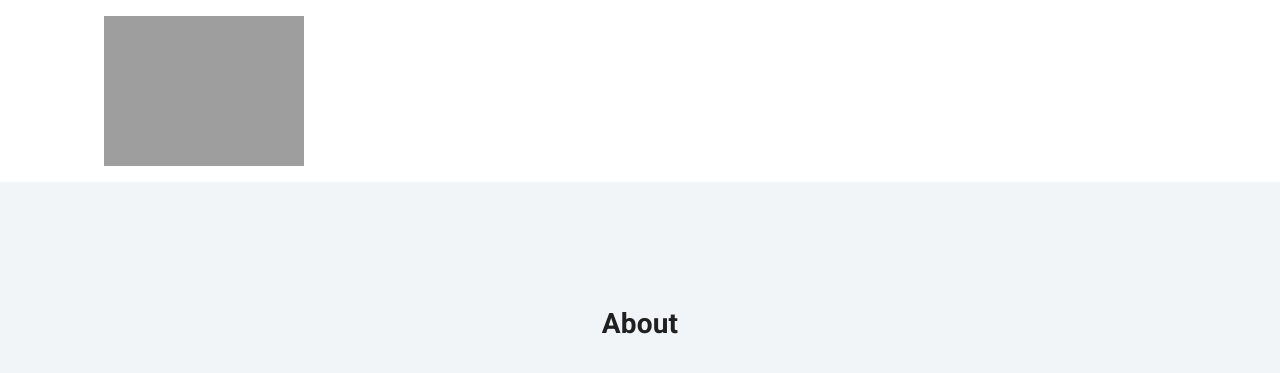
Repository: vinuvish/groundstandards_react
Page: /
The author's editor kept a copy of each file at every save. The page is drawn from the files as they stood at one save, then again after the next save.
The browser window is 1280 px wide. The pictures show the whole page.
Pictures or frames that could not be fetched are drawn as grey boxes. The page's requests for data from a server got no answer. The project was rebuilt for these pictures with package versions that can differ from the ones it lists, and the page was loaded fresh each time. No one was signed in, and anything a server would have sent is missing. Also part of the build but not shown: src/pages/app/NotFoundPage.tsx, src/pages/app/SignUpPage.tsx, src/pages/app/AboutPage.tsx, src/pages/app/OurSolutionPage.tsx, src/pages/app/OurPartnerPage.tsx, src/pages/app/ResourcePage.tsx, src/pages/app/PressPage.tsx, src/pages/app/BlockPage.tsx and 1 more.

Above is the page before, as saved 2020-11-25 23:13:39.

After the next save:
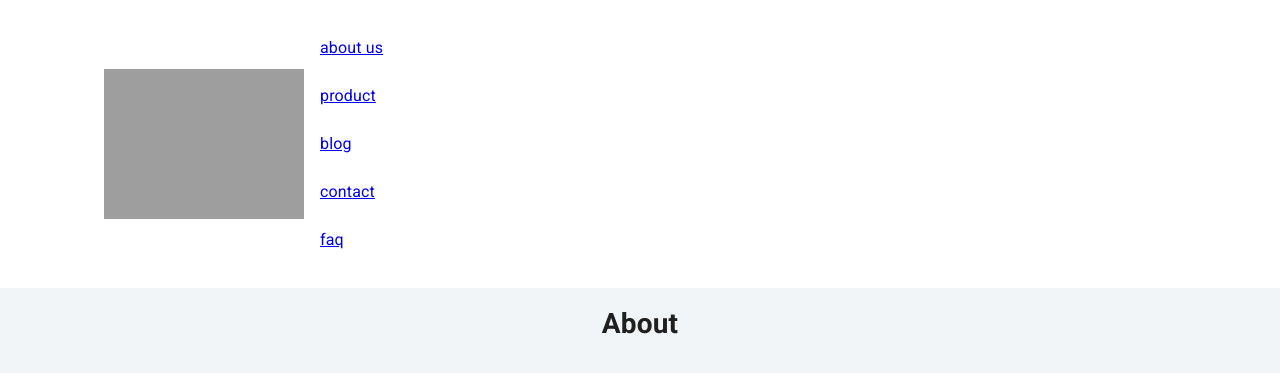
Saved 20 s later.
--- a/src/components/ZAppBar.tsx
+++ b/src/components/ZAppBar.tsx
@@ -124,7 +124,15 @@
         <Toolbar className={classes.toolBar} >
           <img src="http://groundstandards.com/wp-content/uploads/GS-logo-300.png" alt="logo" className={classes.logo} />
 
-
+          <List component="nav" aria-labelledby="main navigation">
+            {navLinks.map(({ title, path }) => (
+              <a href={path} key={title}>
+                <ListItem button>
+                  <ListItemText primary={title} />
+                </ListItem>
+              </a>
+            ))}
+          </List>
 
         </Toolbar>
 

After the 3 saves that followed:
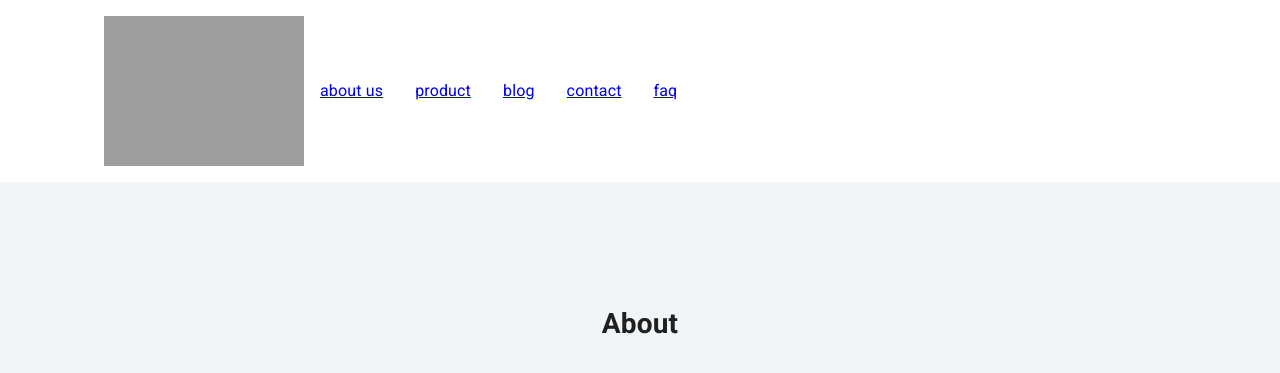
The 3 saves are shown as one change because 1 did not build or start and 1 left the picture as it was.
The last was saved 2 min 9 s later.
--- a/src/components/ZAppBar.tsx
+++ b/src/components/ZAppBar.tsx
@@ -14,6 +14,7 @@
 import React from 'react';
 import { fireFirebase } from '../firebase/firebase';
 import { List, ListItem, ListItemText } from "@material-ui/core";
+
 import history from '../app_utils/History';
 
 export default function ZAppBar() {
@@ -124,7 +125,7 @@
         <Toolbar className={classes.toolBar} >
           <img src="http://groundstandards.com/wp-content/uploads/GS-logo-300.png" alt="logo" className={classes.logo} />
 
-          <List component="nav" aria-labelledby="main navigation">
+          <List component="nav" aria-labelledby="main navigation" className={classes.navDisplayFlex} >
             {navLinks.map(({ title, path }) => (
               <a href={path} key={title}>
                 <ListItem button>
@@ -139,7 +140,7 @@
 
       </AppBar>
 
-    </div>
+    </div >
   );
 }
 
@@ -187,6 +188,15 @@
       paddingTop: theme.spacing(2),
       paddingBottom: theme.spacing(2),
       marginLeft: theme.spacing(10),
+    },
+    navDisplayFlex: {
+      display: `flex`,
+      justifyContent: `space-between`
+    },
+    linkText: {
+      textDecoration: `none`,
+      textTransform: `uppercase`,
+      color: `white`
     }
   })
 );
